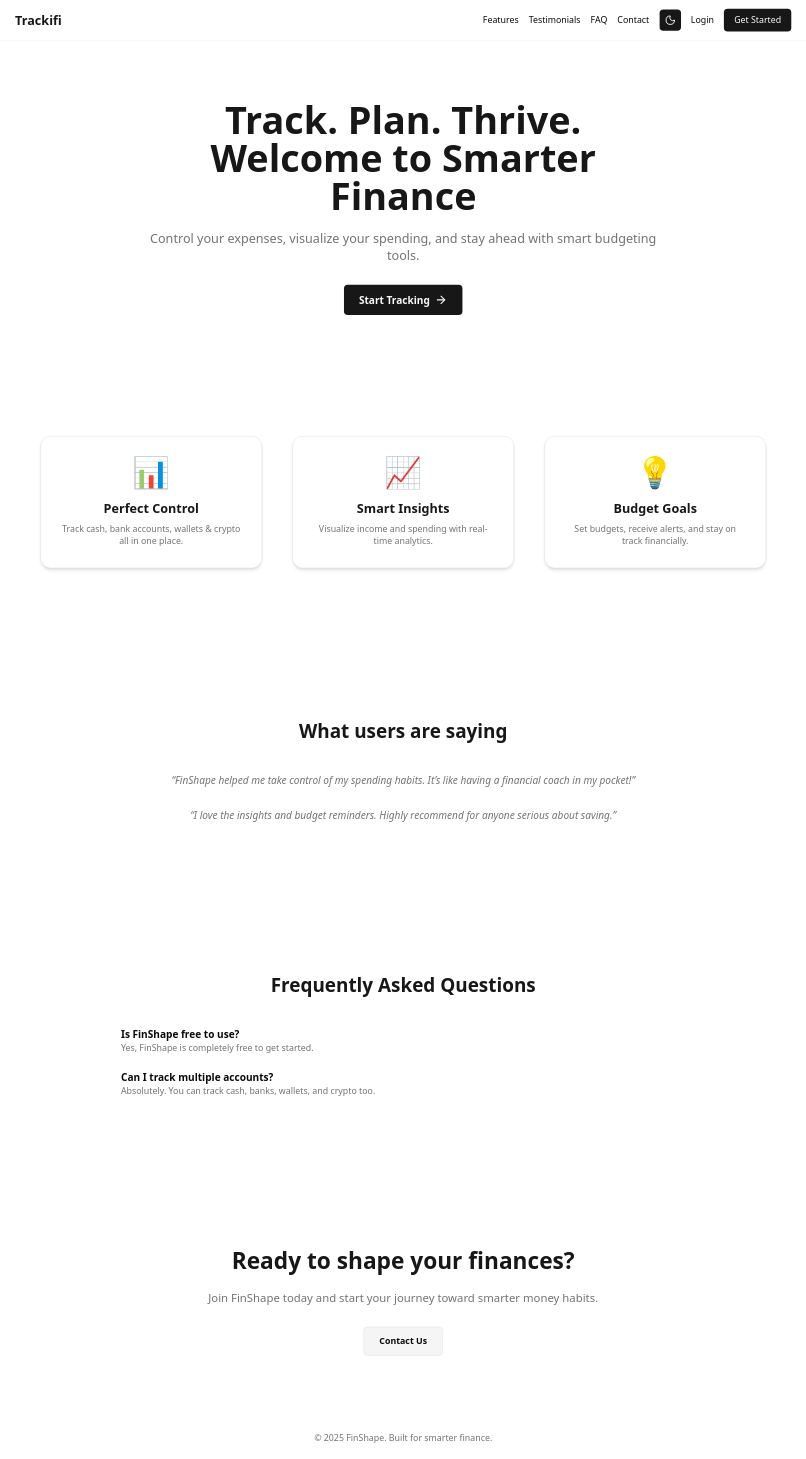
Repository: ruthvik-mt/Trackifi
Page: / (app in frontend/)
The author's editor kept a copy of each file at every save. The page is drawn from the files as they stood at one save, then again after a run of saves.
The browser window is 1280 px wide. The pictures show the whole page, at 63% of full size.
The project was rebuilt for these pictures with package versions that can differ from the ones it lists, and the page was loaded fresh each time. Also part of the build but not shown: frontend/vite.config.ts, frontend/src/hooks/useAuth.ts, frontend/src/components/FormInput.tsx, frontend/src/pages/Auth/Login.tsx, frontend/src/pages/Auth/Register.tsx, frontend/src/components/Sidebar.tsx, frontend/src/components/ThemeToggleButton.tsx, frontend/src/components/Navbar.tsx and 22 more.

Above is the page before, as saved 2025-07-15 23:07:10.

### frontend/index.html
<!-- index.html -->
<!DOCTYPE html>
<html lang="en">
  <head>
    <meta charset="UTF-8" />
    <link rel="icon" href="/favicon.svg" />
    <meta name="viewport" content="width=device-width, initial-scale=1.0" />

    <!-- Critical script: apply theme before paint -->
    <script>
      const theme = localStorage.getItem("theme");
      if (
        theme === "dark" ||
        (!theme && window.matchMedia("(prefers-color-scheme: dark)").matches)
      ) {
        document.documentElement.classList.add("dark");
      } else {
        document.documentElement.classList.remove("dark");
      }
    </script>

    <title>FinShape</title>
  </head>
  <body>
    <div id="root"></div>
    <script type="module" src="/src/main.tsx"></script>
  </body>
</html>

### frontend/src/main.tsx
import React from "react";
import ReactDOM from "react-dom/client";
import App from "./App";
import "./tailwind.css";
import { AuthProvider } from "./context/AuthProvider";
import { ThemeProvider } from "./context/ThemeProvider"; // ✅ Add ThemeProvider
import { BrowserRouter as Router } from "react-router-dom";

ReactDOM.createRoot(document.getElementById("root")!).render(
  <React.StrictMode>
    <Router>
      {/* ✅ Wrap app with theme context */}
      <ThemeProvider>
        <AuthProvider>
          <App />
        </AuthProvider>
      </ThemeProvider>
    </Router>
  </React.StrictMode>
);

### frontend/src/App.tsx
import { Routes, Route, Navigate } from "react-router-dom";
import Login from "./pages/Auth/Login";
import Register from "./pages/Auth/Register";
import Dashboard from "./pages/Dashboard/Dashboard";
import CategoryList from "./pages/Categories/CategoryList";
import TransactionList from "./pages/Transactions/TransactionList";
import BudgetList from "./pages/Budgets/BudgetList";
import MonthlyTotal from "./pages/Insights/MonthlyTotal";
import CategoryBreakdown from "./pages/Insights/CategoryBreakdown";
import BudgetComparison from "./pages/Insights/BudgetComparison";
import ProtectedRoute from "./components/ProtectedRoute";
import LandingPage from "./pages/LandingPage"; // ✅ Add this import

export default function App() {
  return (
    <Routes>
      {/* Landing Page */}
      <Route path="/" element={<LandingPage />} /> {/* ✅ New route */}

      {/* Auth Routes */}
      <Route path="/login" element={<Login />} />
      <Route path="/register" element={<Register />} />

      {/* Protected Routes */}
      <Route
        path="/dashboard"
        element={
          <ProtectedRoute>
            <Dashboard />
          </ProtectedRoute>
        }
      />
      <Route
        path="/categories"
        element={
          <ProtectedRoute>
            <CategoryList />
          </ProtectedRoute>
        }
      />
      <Route
        path="/transactions"
        element={
          <ProtectedRoute>
            <TransactionList />
          </ProtectedRoute>
        }
      />
      <Route
        path="/budgets"
        element={
          <ProtectedRoute>
            <BudgetList />
          </ProtectedRoute>
        }
      />
      <Route
        path="/insights/monthly-total"
        element={
          <ProtectedRoute>
            <MonthlyTotal />
          </ProtectedRoute>
        }
      />
      <Route
        path="/insights/category-breakdown"
        element={
          <ProtectedRoute>
            <CategoryBreakdown />
          </ProtectedRoute>
        }
      />
      <Route
        path="/insights/budget-comparison"
        element={
          <ProtectedRoute>
            <BudgetComparison />
          </ProtectedRoute>
        }
      />

      {/* Fallback Route */}
      <Route path="*" element={<Navigate to="/" />} /> {/* ✅ Updated from "/login" to "/" */}
    </Routes>
  );
}

### frontend/src/tailwind.css
@tailwind base;
@tailwind components;
@tailwind utilities;

/* =========================
   Base Theme Variables
   ========================= */

@layer base {
  :root {
    --background: 0 0% 100%;
    --foreground: 0 0% 3.9%;

    --card: 0 0% 100%;
    --card-foreground: 0 0% 3.9%;

    --popover: 0 0% 100%;
    --popover-foreground: 0 0% 3.9%;

    --primary: 0 0% 9%;
    --primary-foreground: 0 0% 98%;

    --secondary: 0 0% 96.1%;
    --secondary-foreground: 0 0% 9%;

    --muted: 0 0% 96.1%;
    --muted-foreground: 0 0% 45.1%;

    --accent: 0 0% 96.1%;
    --accent-foreground: 0 0% 9%;

    --destructive: 0 84.2% 60.2%;
    --destructive-foreground: 0 0% 98%;

    --border: 0 0% 89.8%;
    --input: 0 0% 89.8%;
    --ring: 0 0% 3.9%;

    --chart-1: 12 76% 61%;
    --chart-2: 173 58% 39%;
    --chart-3: 197 37% 24%;
    --chart-4: 43 74% 66%;
    --chart-5: 27 87% 67%;

    --radius: 0.5rem;

    --tooltip-bg: #ffffff;
    --tooltip-color: #000000;
  }

  .dark {
    --background: 0 0% 3.9%;
    --foreground: 0 0% 98%;

    --card: 0 0% 3.9%;
    --card-foreground: 0 0% 98%;

    --popover: 0 0% 3.9%;
    --popover-foreground: 0 0% 98%;

    --primary: 0 0% 98%;
    --primary-foreground: 0 0% 9%;

    --secondary: 0 0% 14.9%;
    --secondary-foreground: 0 0% 98%;

    --muted: 0 0% 14.9%;
    --muted-foreground: 0 0% 63.9%;

    --accent: 0 0% 14.9%;
    --accent-foreground: 0 0% 98%;

    --destructive: 0 62.8% 30.6%;
    --destructive-foreground: 0 0% 98%;

    --border: 0 0% 14.9%;
    --input: 0 0% 14.9%;
    --ring: 0 0% 83.1%;

    --chart-1: 220 70% 50%;
    --chart-2: 160 60% 45%;
    --chart-3: 30 80% 55%;
    --chart-4: 280 65% 60%;
    --chart-5: 340 75% 55%;

    --tooltip-bg: #d9dde2; /* dark gray or slate */
    --tooltip-color: #0d0f11;
  }
}

/* =========================
   Global Element Styles
   ========================= */
@layer base {
  * {
    @apply border-border;
  }

  html,
  body {
    @apply bg-background text-foreground antialiased;
    min-height: 100%;
    scroll-behavior: smooth;
  }

  input,
  select,
  textarea {
    @apply bg-input text-foreground placeholder-muted-foreground
           border border-border rounded px-3 py-2
           focus:outline-none focus:ring-2 focus:ring-ring;
  }

  button {
    @apply transition-colors bg-primary text-primary-foreground px-4 py-2 rounded
           hover:bg-primary/90 focus:outline-none focus:ring-2 focus:ring-ring;
  }
}

### frontend/src/context/AuthProvider.tsx
// import { ReactNode, useCallback, useEffect, useState } from "react";
// import { AuthContext } from "./AuthContext";
// import { User } from "@/types/Auth";
// import { getCurrentUser } from "@/api/user";
// import { useNavigate } from "react-router-dom";

// interface Props {
//   children: ReactNode;
// }

// export const AuthProvider = ({ children }: Props) => {
//   const [token, setToken] = useState<string | null>(() =>
//     localStorage.getItem("token")
//   );
//   const [user, setUser] = useState<User | null>(null);
//   const navigate = useNavigate();

//   const logout = useCallback(() => {
//     localStorage.removeItem("token");
//     setToken(null);
//     setUser(null);
//     navigate("/login");
//   }, [navigate]);

//   const fetchUser = useCallback(async () => {
//     try {
//       const userData = await getCurrentUser();
//       setUser(userData);
//     } catch (err) {
//       console.error("Failed to fetch user:", err);
//       logout();
//     }
//   }, [logout]);

//   const login = useCallback(
//     (newToken: string) => {
//       localStorage.setItem("token", newToken);
//       setToken(newToken);
//       fetchUser();
//     },
//     [fetchUser]
//   );

//   useEffect(() => {
//     if (token) {
//       fetchUser();
//     }
//   }, [token, fetchUser]);

//   return (
//     <AuthContext.Provider value={{ token, user, login, logout }}>
//       {children}
//     </AuthContext.Provider>
//   );
// };

import { useState, useEffect } from "react";
import { AuthContext } from "./AuthContext";
import axios from "../axios";

export const AuthProvider = ({ children }: { children: React.ReactNode }) => {
  const [token, setToken] = useState<string | null>(() => localStorage.getItem("token"));

  // Set Authorization header on load (if token exists)
  useEffect(() => {
    if (token) {
      axios.defaults.headers.common["Authorization"] = `Bearer ${token}`;
    }
  }, [token]);

  const login = async (email: string, password: string) => {
    const res = await axios.post("/api/auth/login", { email, password });
    const jwt = res.data.token;

    setToken(jwt);
    localStorage.setItem("token", jwt);
    axios.defaults.headers.common["Authorization"] = `Bearer ${jwt}`; // ✅ set globally
  };

  const logout = () => {
    setToken(null);
    localStorage.removeItem("token");
    delete axios.defaults.headers.common["Authorization"]; // ✅ remove on logout
  };

  return (
    <AuthContext.Provider value={{ token, login, logout }}>
      {children}
    </AuthContext.Provider>
  );
};

### frontend/src/context/ThemeProvider.tsx
import { useEffect, useState, ReactNode } from "react";
import { ThemeContext, Theme } from "./ThemeContext";

export const ThemeProvider = ({ children }: { children: ReactNode }) => {
  const getInitialTheme = (): Theme => {
    if (typeof window === "undefined") return "light";
    const stored = localStorage.getItem("theme");
    if (stored === "light" || stored === "dark") return stored;
    return window.matchMedia("(prefers-color-scheme: dark)").matches ? "dark" : "light";
  };

  const [theme, setTheme] = useState<Theme>(getInitialTheme);

  useEffect(() => {
    const root = document.documentElement;
    if (theme === "dark") {
      root.classList.add("dark");
    } else {
      root.classList.remove("dark");
    }
    localStorage.setItem("theme", theme);
  }, [theme]);

  const toggleTheme = () => setTheme(prev => (prev === "dark" ? "light" : "dark"));

  return (
    <ThemeContext.Provider value={{ theme, toggleTheme }}>
      {children}
    </ThemeContext.Provider>
  );
};

### frontend/src/pages/LandingPage.tsx
import { Link } from "react-router-dom";
import { motion } from "framer-motion";
import { ArrowRight, Moon, Sun } from "lucide-react";
import { useTheme } from "../hooks/useTheme";
import { useState, useEffect } from "react";
import { Spinner } from "@/components/Spinner";

export default function LandingPage() {
  const { theme, toggleTheme } = useTheme();
  const [buttonLoading, setButtonLoading] = useState(true);

  useEffect(() => {
    const timer = setTimeout(() => setButtonLoading(false), 1000);
    return () => clearTimeout(timer);
  }, []);

  return (
    <div className="min-h-screen bg-background text-foreground">
      {/* ────────────── Header ────────────── */}
      <header className="sticky top-0 z-10 h-16 bg-card text-card-foreground shadow-sm flex items-center justify-between px-6">
        <a href="#hero" className="text-xl font-bold text-primary">Trackifi</a>

        <nav className="flex items-center gap-4">
          <a href="#features" className="text-sm font-medium hover:text-primary transition-colors">Features</a>
          <a href="#testimonials" className="text-sm font-medium hover:text-primary transition-colors">Testimonials</a>
          <a href="#faq" className="text-sm font-medium hover:text-primary transition-colors">FAQ</a>
          <a href="#cta" className="text-sm font-medium over:text-primary transition-colors">Contact</a>

          <button
            onClick={toggleTheme}
            className="px-2 py-2 rounded-md text-sm font-medium bg-primary text-primary-foreground hover:bg-primary/90 transition-colors flex items-center justify-center"
            aria-label={`Switch to ${theme === "dark" ? "light" : "dark"} mode`}
          >
            {theme === "dark" ? <Sun size={18} /> : <Moon size={18} />}
          </button>

          <Link
            to="/login"
            className="text-sm font-medium hover:text-primary transition-colors"
          >
            Login
          </Link>

          {buttonLoading ? (
            <Spinner size="default" />
          ) : (
            <Link to="/register">
              <button className="px-4 py-2 rounded-md text-sm font-medium bg-primary text-primary-foreground hover:bg-primary/90 transition-colors">
                Get Started
              </button>
            </Link>
          )}
        </nav>
      </header>

      {/* ────────────── Hero Section ────────────── */}
      <motion.section
        id="hero"
        className="text-center px-6 py-24 max-w-4xl mx-auto"
        initial={{ opacity: 0, y: 30 }}
        animate={{ opacity: 1, y: 0 }}
        transition={{ duration: 0.6 }}
      >
        <h1 className="text-5xl md:text-6xl font-extrabold leading-tight mb-6 text-primary">
          Track. Plan. Thrive. Welcome to Smarter Finance
        </h1>
        <p className="text-lg md:text-xl text-muted-foreground mb-8">
          Control your expenses, visualize your spending, and stay ahead with smart budgeting tools.
        </p>

        {buttonLoading ? (
          <div className="flex justify-center">
            <Spinner size="lg" />
          </div>
        ) : (
          <Link to="/register">
            <button
              aria-label="Start tracking your expenses"
              className="px-6 py-3 rounded-md font-semibold bg-primary text-primary-foreground hover:bg-primary/90 inline-flex items-center gap-2 transition-colors"
            >
              Start Tracking <ArrowRight size={20} />
            </button>
          </Link>
        )}
      </motion.section>

      {/* ────────────── Features Section ────────────── */}
      <motion.section
        id="features"
        className="py-24 px-6 bg-background"
        initial={{ opacity: 0 }}
        whileInView={{ opacity: 1 }}
        viewport={{ once: true, amount: 0.2 }}
        transition={{ duration: 0.8 }}
      >
        <div className="max-w-6xl mx-auto grid gap-12 md:grid-cols-3 text-center">
          {[
            {
              icon: "📊",
              title: "Perfect Control",
              desc: "Track cash, bank accounts, wallets & crypto all in one place.",
            },
            {
              icon: "📈",
              title: "Smart Insights",
              desc: "Visualize income and spending with real-time analytics.",
            },
            {
              icon: "💡",
              title: "Budget Goals",
              desc: "Set budgets, receive alerts, and stay on track financially.",
            },
          ].map(({ icon, title, desc }, index) => (
            <motion.div
              key={title}
              className="bg-white dark:bg-zinc-900 text-zinc-800 dark:text-white border border-border p-8 rounded-2xl shadow-md hover:shadow-xl transition-transform"
              initial={{ opacity: 0, y: 40, scale: 0.95 }}
              whileInView={{ opacity: 1, y: 0, scale: 1 }}
              viewport={{ once: true, amount: 0.3 }}
              whileHover={{ scale: 1.06 }}
              transition={{
                duration: 0.6,
                delay: index * 0.2,
                type: "spring",
                stiffness: 120,
              }}
            >
              <div className="text-5xl mb-5">{icon}</div>
              <h3 className="text-xl font-bold mb-2 text-primary">{title}</h3>
              <p className="text-sm text-muted-foreground">{desc}</p>
            </motion.div>
          ))}
        </div>
      </motion.section>

      {/* ────────────── Testimonials Section ────────────── */}
    <motion.section
  id="testimonials"
  className="py-24 px-6 bg-background text-center"
  initial={{ opacity: 0 }}
  whileInView={{ opacity: 1 }}
  viewport={{ once: true, amount: 0.2 }}
  transition={{ duration: 0.8 }}
>
  <div className="h-12 bg-gradient-to-b from-transparent to-background" />
  <h2 className="text-3xl font-bold mb-12 text-primary">What users are saying</h2>
  <div className="max-w-4xl mx-auto space-y-8">
    {[
      "FinShape helped me take control of my spending habits. It’s like having a financial coach in my pocket!",
      "I love the insights and budget reminders. Highly recommend for anyone serious about saving.",
    ].map((text, index) => (
      <motion.blockquote
        key={index}
        className="italic text-muted-foreground"
        initial={{ opacity: 0, y: 20 }}
        whileInView={{ opacity: 1, y: 0 }}
        transition={{ duration: 0.5, delay: index * 0.2 }}
        viewport={{ once: true, amount: 0.5 }}
      >
        {`“${text}”`}
      </motion.blockquote>
    ))}
  </div>
</motion.section>



      {/* ────────────── FAQ Section ────────────── */}
     <motion.section
  id="faq"
  className="py-24 px-6 bg-background"
  initial={{ opacity: 0 }}
  whileInView={{ opacity: 1 }}
  viewport={{ once: true, amount: 0.2 }}
  transition={{ duration: 0.8 }}
>
  <div className="h-12 bg-gradient-to-b from-transparent to-background" />
  <h2 className="text-3xl font-bold mb-12 text-center text-primary">Frequently Asked Questions</h2>
  <div className="max-w-4xl mx-auto space-y-6">
    {[
      {
        question: "Is FinShape free to use?",
        answer: "Yes, FinShape is completely free to get started.",
      },
      {
        question: "Can I track multiple accounts?",
        answer: "Absolutely. You can track cash, banks, wallets, and crypto too.",
      },
    ].map(({ question, answer }, index) => (
      <motion.div
        key={index}
        initial={{ opacity: 0, y: 20 }}
        whileInView={{ opacity: 1, y: 0 }}
        transition={{ duration: 0.5, delay: index * 0.2 }}
        viewport={{ once: true, amount: 0.5 }}
      >
        <h4 className="font-semibold">{question}</h4>
        <p className="text-sm text-muted-foreground">{answer}</p>
      </motion.div>
    ))}
  </div>
</motion.section>



      {/* ────────────── Call to Action ────────────── */}
      <motion.section
  id="cta"
  className="py-24 px-6 bg-background text-center"
  initial={{ opacity: 0 }}
  whileInView={{ opacity: 1 }}
  viewport={{ once: true, amount: 0.2 }}
  transition={{ duration: 0.8 }}
>
  <div className="h-12 bg-gradient-to-b from-transparent to-background" />
  <motion.div
    className="max-w-2xl mx-auto"
    initial={{ opacity: 0, y: 30 }}
    whileInView={{ opacity: 1, y: 0 }}
    transition={{ duration: 0.6 }}
    viewport={{ once: true }}
  >
    <h2 className="text-4xl font-bold mb-6 text-primary">Ready to shape your finances?</h2>
    <p className="mb-8 text-lg text-muted-foreground">
      Join FinShape today and start your journey toward smarter money habits.
    </p>
    <div className="flex flex-col sm:flex-row gap-4 justify-center">
      <Link to="/contact">
        <button className="px-6 py-3 text-sm font-semibold bg-muted text-foreground border border-border rounded-md hover:bg-muted/80 transition-colors">
          Contact Us
        </button>
      </Link>
    </div>
  </motion.div>
</motion.section>



      {/* ────────────── Footer ────────────── */}
      <footer className="text-center py-6 text-sm text-muted-foreground bg-background">
        © {new Date().getFullYear()} FinShape. Built for smarter finance.
      </footer>
    </div>
  );
}

### frontend/src/context/AuthContext.tsx
// import { createContext } from "react";
// import { User } from "@/types/Auth";

// export interface AuthContextType {
//   token: string | null;
//   user: User | null;
//   login: (token: string) => void;
//   logout: () => void;
// }

// export const AuthContext = createContext<AuthContextType>({
//   token: null,
//   user: null,
//   login: () => {},
//   logout: () => {},
// });

// src/context/AuthContext.ts
import { createContext } from "react";

export interface AuthContextType {
  token: string | null;
  login: (email: string, password: string) => Promise<void>;
  logout: () => void;
}

export const AuthContext = createContext<AuthContextType>(
  {} as AuthContextType // ✅ Safe for use without null-checks
);

### frontend/src/axios.ts
// // src/axios.ts
// import axios from "axios";

// const axiosInstance = axios.create({
//   baseURL: "http://localhost:8080/api",
// });

// axiosInstance.interceptors.request.use((config) => {
//   const token = localStorage.getItem("token");
//   if (token && config.headers) {
//     config.headers.Authorization = `Bearer ${token}`;
//   }
//   return config;
// });

// export default axiosInstance;

// src/axios.ts
// src/axios.ts
import axios from "axios";

const instance = axios.create({
  baseURL: "", // <-- frontend sends /api/... and Vite handles the proxy
  headers: {
    "Content-Type": "application/json",
  },
});

instance.interceptors.request.use((config) => {
  const token = localStorage.getItem("token");
  if (token) {
    config.headers = config.headers || {};
    config.headers["Authorization"] = `Bearer ${token}`;
  }
  return config;
});

export default instance;

### frontend/src/context/ThemeContext.tsx
import { createContext } from "react";

export type Theme = "light" | "dark";

export interface ThemeContextType {
  theme: Theme;
  toggleTheme: () => void;
}

export const ThemeContext = createContext<ThemeContextType | undefined>(undefined);

### frontend/src/hooks/useTheme.ts
// src/hooks/useTheme.ts
import { useContext } from "react";
import { ThemeContext } from "../context/ThemeContext";

export function useTheme() {
  const context = useContext(ThemeContext);
  if (!context) {
    throw new Error("useTheme must be used within a ThemeProvider");
  }
  return context;
}

### frontend/src/components/Spinner.tsx
// src/components/Spinner.tsx
import { cn } from "@/lib/utils";
import { cva, VariantProps } from "class-variance-authority";
import { Loader } from "lucide-react";

const spinnerVariants = cva("text-muted-foreground animate-spin", {
  variants: {
    size: {
      default: "h-4 w-4",
      sm: "h-2 w-2",
      lg: "h-6 w-6",
      icon: "h-10 w-10",
    },
  },
  defaultVariants: {
    size: "default",
  },
});

interface SpinnerProps extends VariantProps<typeof spinnerVariants> {
  className?: string;
}

export const Spinner = ({ size }: SpinnerProps) => {
  return <Loader className={cn(spinnerVariants({ size }))} />;
};

Loaded but not shown: frontend/src/lib/utils.ts (common file); frontend/tailwind.config.js (86 lines, source omitted)

After the next 2 saves:
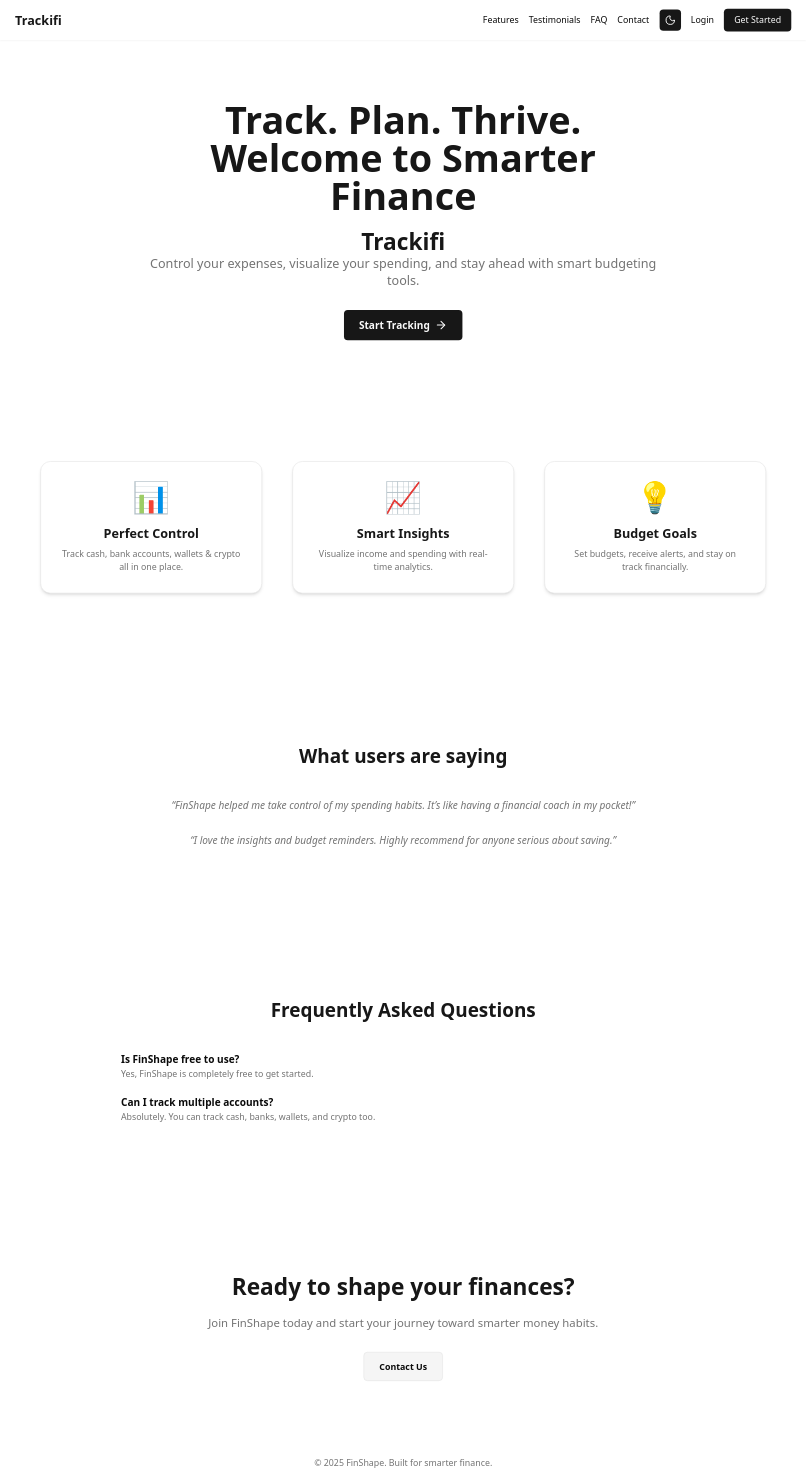
The 2 saves are shown as one change because they came seconds apart.
The last was saved 74 s later.
--- a/frontend/src/pages/LandingPage.tsx
+++ b/frontend/src/pages/LandingPage.tsx
@@ -62,8 +62,13 @@ export default function LandingPage() {
         transition={{ duration: 0.6 }}
       >
         <h1 className="text-5xl md:text-6xl font-extrabold leading-tight mb-6 text-primary">
-          Track. Plan. Thrive. Welcome to Smarter Finance
-        </h1>
+  Track. Plan. Thrive. Welcome to Smarter Finance
+</h1>
+
+<h2 className="text-3xl md:text-4xl font-semibold text-center text-primary">
+  Trackifi
+</h2>
+
         <p className="text-lg md:text-xl text-muted-foreground mb-8">
           Control your expenses, visualize your spending, and stay ahead with smart budgeting tools.
         </p>
